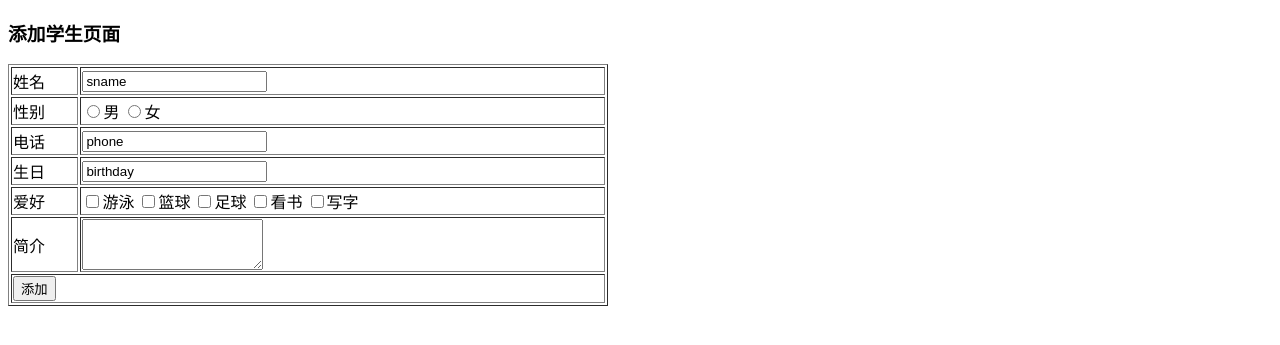
Repository: ChengqunYang/JAVA
Page: http://localhost/stu/add.jsp
The author's editor kept a copy of each file at every save. The page is drawn from the files as they stood at one save, then again after the next save.
The browser window is 1280 px wide. The pictures show the whole page.
The page is served by Tomcat 9.

Above is the page before, as saved 2019-04-08 12:40:16.

After the next save:
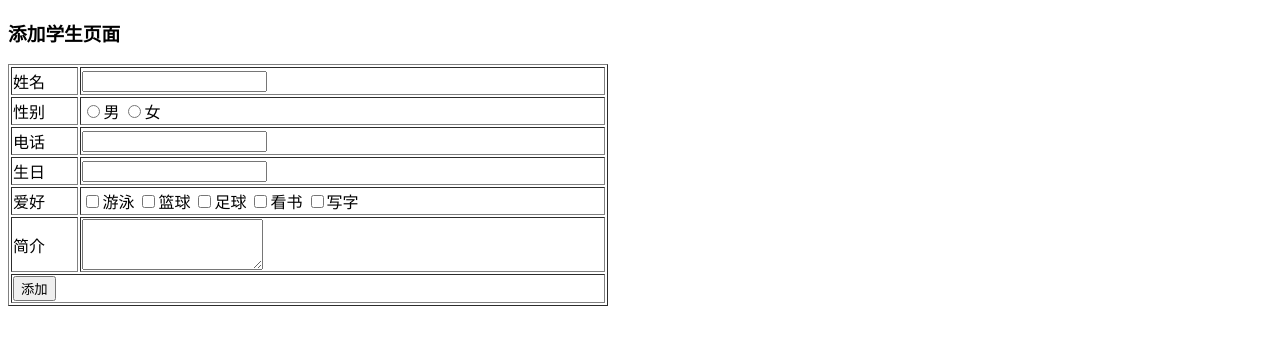
Saved 6 min 26 s later.
--- a/stu/WebContent/add.jsp
+++ b/stu/WebContent/add.jsp
@@ -12,7 +12,7 @@
 <table border = "1" width = "600">
 	<tr>
 		<td>姓名</td>
-		<td><input type = "text" value = "sname"></td>
+		<td><input type = "text" name = "sname"></td>
 	</tr>
 	<tr>
 		<td>性别</td>
@@ -23,11 +23,11 @@
 	</tr>
 	<tr>
 		<td>电话</td>
-		<td><input type = "text" value = "phone"></td>
+		<td><input type = "text" name = "phone"></td>
 	</tr>
 	<tr>
 		<td>生日</td>
-		<td><input type = "text" value = "birthday"></td>
+		<td><input type = "text" name = "birthday"></td>
 	</tr>
 	<tr>
 		<td>爱好</td>
